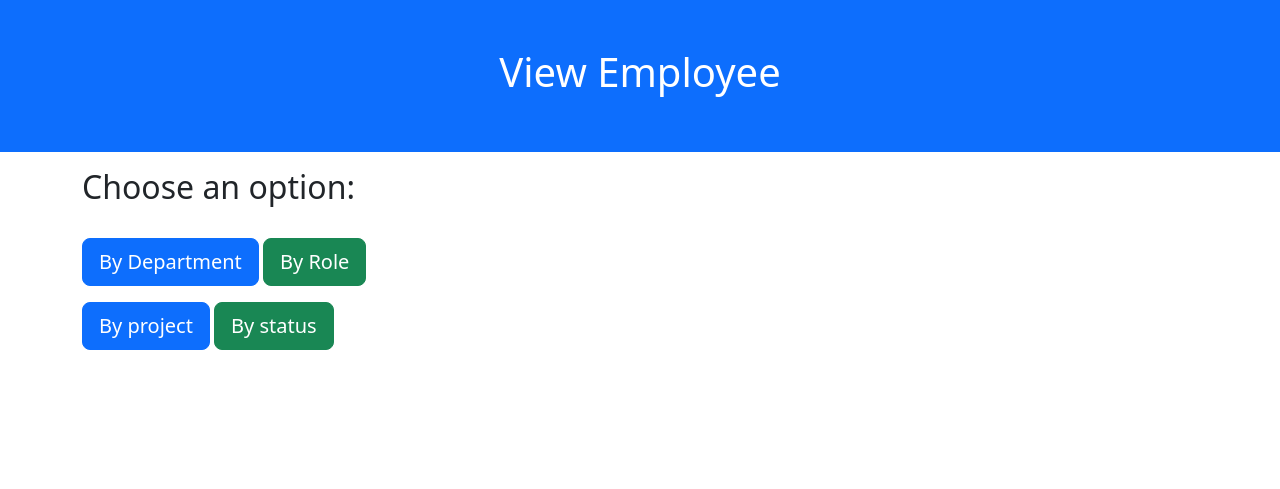
Repository: Rishicollinz/Java_Fullstack
Page: Eclipse 2/jspproject/src/main/webapp/view/view.html
These files come from the project's save history. The page is drawn as it stood at one moment and after the next save; the edit follows.
The browser window is 1280 px wide. The pictures show the whole page.

Above is the page before, as saved 2023-05-19 04:06:31.

### Eclipse 2/jspproject/src/main/webapp/view/view.html
<!DOCTYPE html>
<html>
<head>
<meta charset="UTF-8">
<title>View Employee</title>
<link href="https://cdn.jsdelivr.net/npm/bootstrap@5.2.3/dist/css/bootstrap.min.css" rel="stylesheet">
  <script src="https://cdn.jsdelivr.net/npm/bootstrap@5.2.3/dist/js/bootstrap.bundle.min.js"></script>

</head>
<body>

<div class="container-fluid p-5 bg-primary text-white text-center">
  <h1>View Employee</h1>
</div>

<div class="container mt-3">
  <h2>Choose an option:</h2><br>
  <a type="button" href="bydept.html" class="btn btn-primary btn-lg">By Department</a>
  <a type="button" href="byrole.html" class="btn btn-success btn-lg">By Role</a>
</div>
<div class="container mt-3">
  <a type="button" href="byproj.html" class="btn btn-primary btn-lg">By project</a>
  <a type="button" href="bystatus.html" class="btn btn-success btn-lg">By status</a>
</div>

</body>
</html>

After the next save:
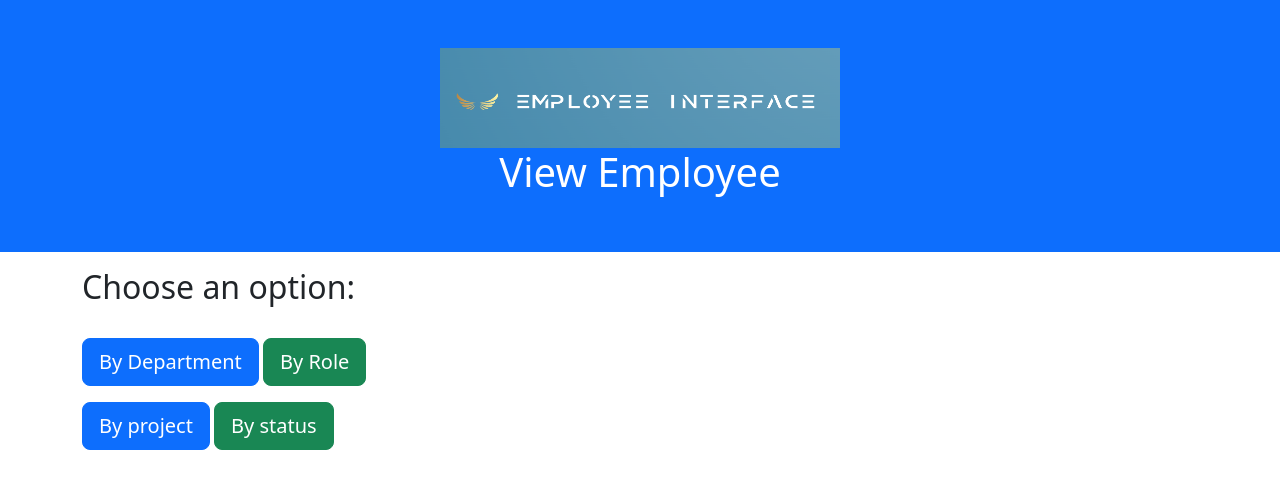
Saved 98 s later.
--- a/Eclipse 2/jspproject/src/main/webapp/view/view.html
+++ b/Eclipse 2/jspproject/src/main/webapp/view/view.html
@@ -10,6 +10,8 @@
 <body>
 
 <div class="container-fluid p-5 bg-primary text-white text-center">
+	<a href="index.html"><img src="img\employeelogo.png" alt="Company logo" width="400" height="100"></a>
+
   <h1>View Employee</h1>
 </div>
 
